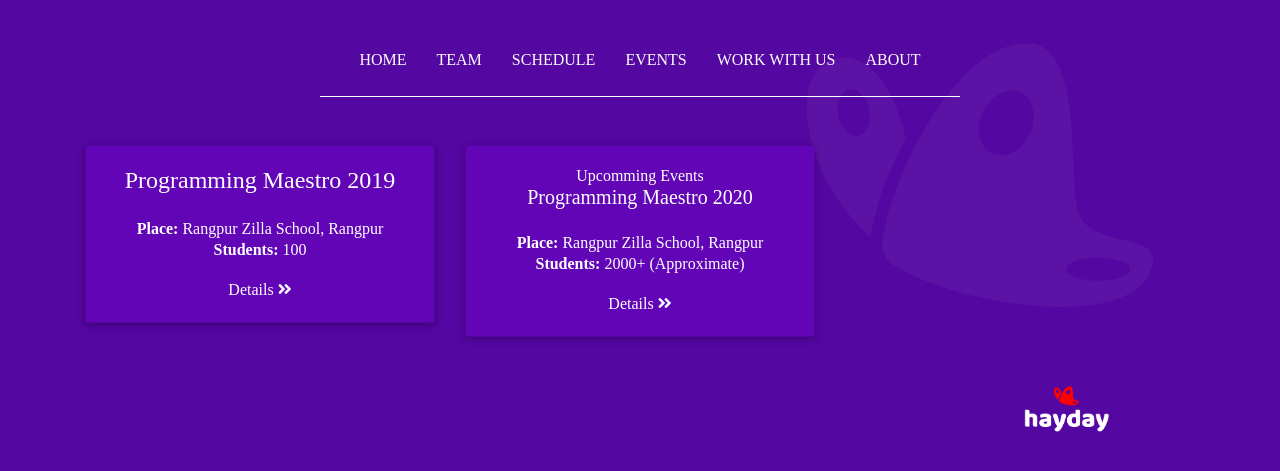
Repository: im1971/company-web
Page: event.html
The author's editor kept a copy of each file at every save. The page is drawn from the files as they stood at one save, then again after the next save.
The browser window is 1280 px wide. The pictures show the whole page.
Some web fonts or font styles are not loaded; a fallback is used.

Above is the page before, as saved 2020-02-02 16:50:10.

### event.html
<!DOCTYPE html>
<html>

<head>
    <meta charset="utf-8">
    <meta name="viewport" content="width=device-width, initial-scale=1">
    <title>hayday</title>
    <link rel="shortcut icon" type="img/x-icon" href="img/fav.png" />
    <link rel="stylesheet" href="css/mdb.min.css">
    <link rel="stylesheet" href="css/bootstrap.min.css">
    <link rel="stylesheet" href="css/fontawesome.min.css">
    <link rel="stylesheet" href="css/all.min.css">
    <link rel="stylesheet" href="css/style.css">
    <!-- fonts -->
    <link href="https://fonts.googleapis.com/css?family=Baloo+Bhai&display=swap" rel="stylesheet">
    <!-- fonts -->

</head>

<body>

    <div class="wrap_hayday">
        <div class="back_img"></div>
        <div class="container-fluid">
            <div class="row justify-content-center pb-5">
                <div class="col-md-12">
                    <nav class="navbar navbar-expand-lg">
                        <button class="navbar-toggler" type="button" data-toggle="collapse" data-target="#navbarSupportedContent" aria-controls="navbarSupportedContent" aria-expanded="false" aria-label="Toggle navigation">
                            <i class="fas fa-bars"></i>
                        </button>

                        <div class="collapse navbar-collapse" id="navbarSupportedContent">

                            <ul class="navbar-nav m-auto text-uppercase">
                                <li class="nav-item active">
                                    <a class="nav-link" href="index.html">Home</a>
                                </li>
                                <li class="nav-item">
                                    <a class="nav-link" href="team.html">Team</a>
                                </li>
                                <li class="nav-item">
                                    <a class="nav-link" href="schedule.html">SCHEDULE</a>
                                </li>
                                <li class="nav-item">
                                    <a class="nav-link" href="event.html">Events</a>
                                </li>
                                <li class="nav-item">
                                    <a class="nav-link" href="workWithUs.html">Work With us</a>
                                </li>
                                <li class="nav-item">
                                    <a class="nav-link" href="about.html">About</a>
                                </li>
                            </ul>
                        </div>
                    </nav>
                </div>
                <div class="col-md-6 border_deco pt-3"></div>
            </div>
            <div class="container">
                <div class="row justify-content-start">
                    <div class="col-md-4">
                        <div class="card wrap_event">
                            <div class="card-body">
                                <h4 class="mb-4">Programming Maestro 2019</h4>
                                <h6 class="mb-0"><b>Place:</b> Rangpur Zilla School, Rangpur</h6>
                                <p><b>Students:</b> 100</p>
                                <a class="text-white" href="2019.html">Details <i class="fas fa-angle-double-right"></i></a>
                                <div class="back_image"></div>
                            </div>
                        </div>
                    </div>
                    <div class="col-md-4">
                        <div class="card wrap_event">
                            <div class="card-body">
                                <h6 class="mb-0">Upcomming Events</h6>
                                <h5 class="mb-4">Programming Maestro 2020</h5>
                                <h6 class="mb-0"><b>Place:</b> Rangpur Zilla School, Rangpur </h6>
                                <p><b>Students:</b> 2000+ (Approximate)</p>
                                <a class="text-white" href="schedule.html">Details <i class="fas fa-angle-double-right"></i></a>
                                <div class="back_image"></div>
                            </div>
                        </div>
                    </div>
                </div>
            </div>
            <div class="row justify-content-end my-5">
                <div class="col-md-4 m-autp">
                    <div class="middle_body">
                        <div class="logo">
                            <img src="img/logo.png" alt="" style="height: 50px">
                        </div>
                        <!-- <p>Read about our Inspiration</p> -->
                    </div>
                </div>
            </div>
        </div>
    </div>
    </div>



    <!-- <script src="https://code.jquery.com/jquery-3.4.1.slim.min.js" integrity="sha384-J6qa4849blE2+poT4WnyKhv5vZF5SrPo0iEjwBvKU7imGFAV0wwj1yYfoRSJoZ+n" crossorigin="anonymous"></script>
    <script src="https://cdn.jsdelivr.net/npm/popper.js@1.16.0/dist/umd/popper.min.js" integrity="sha384-Q6E9RHvbIyZFJoft+2mJbHaEWldlvI9IOYy5n3zV9zzTtmI3UksdQRVvoxMfooAo" crossorigin="anonymous"></script>
    <script src="https://stackpath.bootstrapcdn.com/bootstrap/4.4.1/js/bootstrap.min.js" integrity="sha384-wfSDF2E50Y2D1uUdj0O3uMBJnjuUD4Ih7YwaYd1iqfktj0Uod8GCExl3Og8ifwB6" crossorigin="anonymous"></script> -->

    <script type="text/javascript" src="js/jquery.min.js"></script>
    <!-- Bootstrap tooltips -->
    <script type="text/javascript" src="js/popper.min.js"></script>
    <!-- Bootstrap core JavaScript -->
    <script type="text/javascript" src="js/bootstrap.min.js"></script>
    <!-- MDB core JavaScript -->
    <script type="text/javascript" src="js/mdb.min.js"></script>


</body>

</html>

### css/style.css
body {
    padding: 0;
    margin: 0;
    background: #5407A1;
    color: #fff !important;
    font-family: 'Baloo Bhai', cursive;
    position: relative;
}


/* global */

html {
    overflow: scroll;
    overflow-x: hidden;
}

::-webkit-scrollbar {
    width: 0px;
    background: transparent;
}


/* Optional: show position indicator in red */

::-webkit-scrollbar-thumb {
    background: #FF0000;
}


/* global */

.back_img {
    background-image: url(../img/back.png);
    height: 350px;
    width: 600px;
    position: absolute;
    background-position: center center;
    background-size: cover;
    opacity: 5%;
    /* top: 30%; */
    right: 0;
}


/* header */

.wrap_hayday .navbar {
    box-shadow: none;
}

.wrap_hayday .container-fluid {
    min-height: 100vh;
}

.wrap_hayday nav .nav-link {
    padding-right: 15px !important;
    padding-left: 15px !important;
    color: #fff;
    font-family: 'Baloo Bhai', cursive;
}

.wrap_hayday .border_deco {
    border-bottom: .25px solid #fff;
}

.wrap_hayday nav .nav-link:hover {
    color: #FF0000;
    transition-duration: 0.5s;
}

.wrap_hayday .navbar {
    padding: 40px;
    padding-bottom: 0;
}


/* header */


/* middle body */

.wrap_hayday .middle_body_height {
    height: 50vh;
}

.wrap_hayday .middle_body {
    text-align: center;
}

.wrap_hayday .middle_body .logo img {
    height: 100px;
}

.wrap_hayday .others_page_middle {
    text-align: center;
    position: absolute;
    right: 30px;
    bottom: 0;
}

.wrap_hayday .others_page_middle img {
    height: 70px;
}


/* middle body */


/* footer-body */

.myprogress {
    min-width: 100%;
    margin: 0px auto;
    text-align: center;
}

.myprogress .circle {
    display: inline-block;
    background: #fff;
    width: 50px;
    height: 50px;
    border-radius: 80px;
    border: 1px solid #d5d5da;
    cursor: pointer;
}

.myprogress .circle:hover {
    background: #FF0000;
    color: #5407A1;
    transition-duration: 0.5s;
}

.myprogress .bar {
    position: relative;
    width: 100px;
    padding-right: 15px;
    font-family: none;
}

.myprogress .circle .label {
    display: inline-block;
    width: 40px;
    height: 40px;
    line-height: 30px;
    border-radius: 40px;
    font-size: 24px;
}

.myprogress .circle .title {
    color: #5407A1;
    font-size: 24px;
    line-height: 50px;
    cursor: pointer;
}

.myprogress .circle .title:hover {
    color: #fff;
}

.myprogress i {
    font-size: 11px;
}

.abc {
    animation: pulse 1s infinite;
    color: #FF0000;
}

.pulse {
    -webkit-animation-duration: 3s;
    -webkit-animation-delay: 2s;
    -webkit-animation-iteration-count: 5;
}

@-webkit-keyframes scroll {
    0% {
        -webkit-transform: translateX(0);
        transform: translateX(0);
    }
    100% {
        -webkit-transform: translateX(calc(-250px * 7));
        transform: translateX(calc(-250px * 7));
    }
}

@keyframes scroll {
    0% {
        -webkit-transform: translateX(0);
        transform: translateX(0);
    }
    100% {
        -webkit-transform: translateX(calc(-250px * 7));
        transform: translateX(calc(-250px * 7));
    }
}

.slider {
    /* background: white; */
    /* box-shadow: 0 10px 20px -5px rgba(0, 0, 0, 0.125); */
    /* height: 100px; */
    margin: auto;
    overflow: hidden;
    position: relative;
    width: 960px;
}

.slider::before,
.slider::after {
    /* background: -webkit-gradient(linear, left top, right top, from(white), to(rgba(255, 255, 255, 0))); */
    /* background: linear-gradient(to right, white 0%, rgba(255, 255, 255, 0) 100%); */
    content: "";
    height: 100px;
    position: absolute;
    width: 200px;
    z-index: 2;
}

.slider::after {
    right: 0;
    top: 0;
    -webkit-transform: rotateZ(180deg);
    transform: rotateZ(180deg);
}

.slider::before {
    left: 0;
    top: 0;
}

.slider .slide-track {
    -webkit-animation: scroll 40s linear infinite;
    animation: scroll 40s linear infinite;
    display: -webkit-box;
    display: flex;
    width: calc(250px * 14);
}

.slider .slide {
    /* height: 100px; */
    /* width: 200px; */
    padding-right: 40px;
}


/* footer-body */


/* about hayday */

.accordion .card-header {
    padding: 0;
    background: #5407A1;
    margin-bottom: 0;
}

.accordion .card-header .btn-link {
    color: #fff;
    padding: 0;
}

.accordion .card {
    border: none;
    border-radius: 0;
}

.accordion i {
    position: absolute;
    right: 10px;
    top: 5px;
}

.accordion p {
    color: #000;
    font-family: serif;
    font-size: 15px;
}

.accordion h4 {
    color: #000;
    font-family: serif;
    font-weight: 700 !important;
    font-size: 22px;
}


/* about hayday */


/* work with us */

.outreach table.table th,
table.table td {
    padding: 3px 20px;
    color: #fff;
    border: none;
    font-family: auto;
}


/* work with us */


/* team */

.team .grid {
    padding-left: 0;
    padding-right: 0;
}

.team .team_image {
    background-image: url(../img/team/team-back.jpg);
    height: 600px;
    background-position: center center;
    background-size: cover;
}

.team .custom_hr {
    border-top: 3px solid #fff !important;
    width: 10% !important;
}

.team img {
    border-radius: 50%;
    margin: auto;
    border: 3px solid #dcdcdc;
}

.team .team_managemt img {
    height: 300px;
    width: 300px;
}

.team .team_volounteer img {
    height: 200px;
    width: 200px;
}

.team .wrap_team {
    display: flex;
    flex-direction: column;
    font-family: auto;
}


/* team */

.sponsor_footer p {
    font-family: auto;
    font-size: 14px;
}

.sponsor_footer p b {
    color: #FF0000;
}


/* events */

.event_wrap .title {
    font-family: auto;
}

.event_wrap .subtitle {
    font-family: auto;
}

.wrap_event {
    color: #fff;
    text-align: center;
    position: relative;
    font-family: auto;
    background: #9100ff3b;
}

.slider_wrap .d-block {
    background-image: url(../img/team/team-back.jpg);
    height: 320px;
    background-position: center center;
    background-size: cover;
}

.slider_wrap .carousel-indicators {
    margin: 0;
    bottom: -15%;
}

.carousel .carousel-control-prev-icon {
    background-image: url("data:[embedded picture, 189 characters]")
}

.carousel .carousel-control-next-icon {
    background-image: url("data:[embedded picture, 190 characters]")
}

.carousel-control-next {
    right: -100px;
}

.carousel-control-prev {
    left: -100px;
}


/* calender */


/*
*
* ==========================================
* CUSTOM UTIL CLASSES
* ==========================================
*
*/

.clearfix::after,
.calendar ol::after {
    content: ".";
    display: block;
    height: 0;
    clear: both;
    visibility: hidden;
}


/* ================
Calendar Styling */

.calendar {
    border-radius: 10px;
    font-family: auto;
}

.calendar .target_date {
    height: 30px;
    width: 30px;
    position: absolute;
    border-radius: 50%;
    left: -6px;
    top: 1px;
    background: #fff;
    opacity: 0.3;
}

.month {
    font-size: 2rem;
}

.calendar ol li {
    float: left;
    width: 14.28571%;
}

.calendar .day-names {
    border-bottom: 1px solid #eee;
}

.calendar .day-names li {
    text-transform: uppercase;
    margin-bottom: 0.5rem;
}

.calendar .days li {
    border-bottom: 1px solid #eee;
    /* min-height: 8rem; */
}

.calendar .days li .date {
    margin: 0.25rem 0;
}

.calendar .days li .event {
    font-size: 0.75rem;
    padding: 0.4rem;
    color: white;
    white-space: nowrap;
    overflow: hidden;
    text-overflow: ellipsis;
    border-radius: 4rem;
    margin-bottom: 1px;
}

.calendar .days li .event.span-2 {
    width: 200%;
}

.calendar .days li .event.begin {
    border-radius: 1rem 0 0 1rem;
}

.calendar .days li .event.end {
    border-radius: 0 1rem 1rem 0;
}

.calendar .days li .event.clear {
    background: none;
}

.calendar .days li:nth-child(n+29) {
    border-bottom: none;
}

.calendar .days li.outside .date {
    color: #ddd;
}


/* calender */


/* timer */

#timer div {
    display: inline-block;
    line-height: 1;
    padding: 20px 40px 0 0;
    padding-bottom: 0;
    font-family: auto;
}

#timer span {
    display: block;
    font-size: 20px;
    color: white;
}

#timer #days,
#timer #hours,
#timer #minutes,
#timer #seconds {
    font-size: 50px;
}

#timer #seconds {
    font-size: 30px;
}


/* timer */


/* events */


/* media query */

@media (min-width: 1367px) {
    .sponsor_footer p {
        font-size: 18px;
        margin-top: 40px;
    }
    .outreach table.table th,
    table.table td,
    .accordion p,
    .myprogress .bar {
        font-size: 18px;
    }
    .outreach h4 {
        margin-top: 30px;
        margin-bottom: 20px;
    }
    .accordion .card-header .btn-link {
        font-size: 22px;
    }
    .accordion {
        margin-top: 30px;
    }
    .wrap_hayday .middle_body .logo img {
        height: 145px;
    }
    .wrap_hayday .middle_body p {
        font-size: 22px;
    }
    .wrap_hayday .step_command {
        font-family: auto;
        font-size: 22px;
    }
}

@media (max-width: 567px) {
    .wrap_hayday .navbar {
        padding: 20px 0 0;
    }
    .fa-bars {
        color: #fff !important;
    }
    .wrap_hayday .middle_body .logo img {
        height: 140px;
        margin-bottom: 28px;
    }
    .back_img {
        height: 150px;
        width: 200px;
    }
    .wrap_hayday .middle_body_height {
        height: 35vh;
    }
    .myprogress .circle {
        display: block;
        margin: auto;
        margin-top: 20px;
    }
    .myprogress .bar {
        padding-right: 0;
        font-family: none;
        font-size: 18px;
    }
    .team .team_image {
        height: 200px;
    }
    .team .custom_hr {
        width: 50% !important;
    }
    .team .team_managemt img {
        height: 150px;
        width: 150px;
    }
    .team .team_volounteer img {
        height: 120px;
        width: 120px;
    }
    .team .card-title {
        font-size: 26px;
    }
    .team .wrap_team {
        margin-bottom: 30px;
    }
    .sponsor_footer p {
        margin-bottom: 20px !important;
    }
    .calendar {
        padding-left: 0 !important;
        margin-top: 30px;
    }
    .event_wrap .title {
        font-size: 22px;
    }
    .event_wrap button {
        margin-bottom: 40px !important;
    }
    #timer #days,
    #timer #hours,
    #timer #minutes,
    #timer #seconds {
        font-size: 35px;
        margin: auto;
    }
    #timer span {
        font-size: 14px;
    }
    #timer div {
        padding: 0px 26px 0 0;
    }
    #timer {
        background: #8500ff82;
        display: flex;
        padding: 20px;
    }
    .classroom img {
        width: 150px;
    }
}

Loaded but not shown: css/mdb.min.css (library); css/bootstrap.min.css (library); css/fontawesome.min.css (library); css/all.min.css (library); js/jquery.min.js (library); js/popper.min.js (library); js/bootstrap.min.js (library); js/mdb.min.js (library)

After the next save:
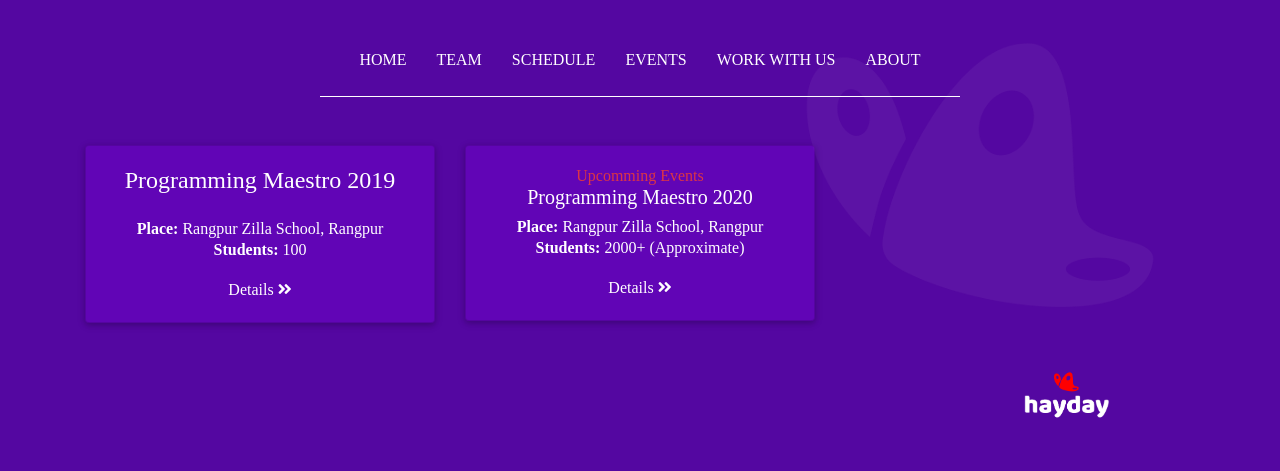
Saved 37 s later.
--- a/event.html
+++ b/event.html
@@ -72,8 +72,8 @@
                     <div class="col-md-4">
                         <div class="card wrap_event">
                             <div class="card-body">
-                                <h6 class="mb-0">Upcomming Events</h6>
-                                <h5 class="mb-4">Programming Maestro 2020</h5>
+                                <h6 class="mb-0 text-danger">Upcomming Events</h6>
+                                <h5 class="mb-2">Programming Maestro 2020</h5>
                                 <h6 class="mb-0"><b>Place:</b> Rangpur Zilla School, Rangpur </h6>
                                 <p><b>Students:</b> 2000+ (Approximate)</p>
                                 <a class="text-white" href="schedule.html">Details <i class="fas fa-angle-double-right"></i></a>
